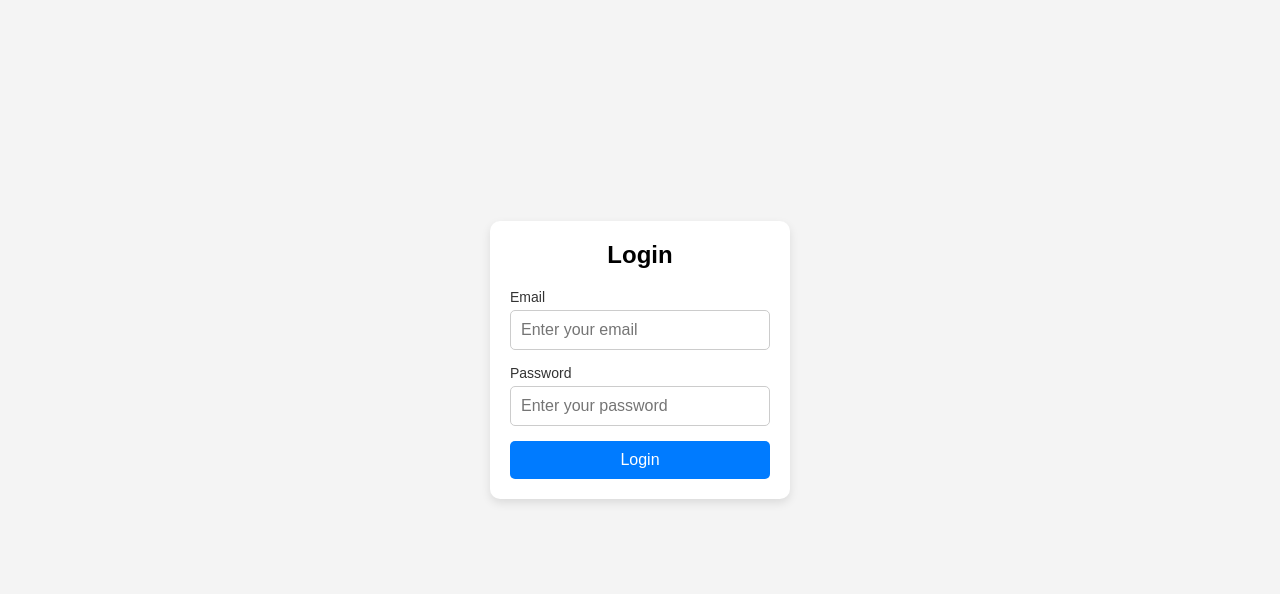
Repository: yhemachandra/ems
Page: http://localhost/ems/login.jsp
These files come from the project's save history. The page is drawn as it stood at one moment and after the next save; the edit follows.
The browser window is 1280 px wide. The pictures show the whole page.
The page is served by Tomcat 9. Other server files are loaded and not shown.

Above is the page before, as saved 2024-10-18 06:49:13.

### ems/src/main/webapp/login.jsp
<%@ page language="java" contentType="text/html; charset=UTF-8"
    pageEncoding="UTF-8"%>
<!DOCTYPE html>
<html>
<head>
<meta charset="UTF-8">
<title>Login page</title>
<style type="text/css">
* {
    margin: 0;
    padding: 0;
    box-sizing: border-box;
}

body {
    font-family: Arial, sans-serif;
    background-color: #f4f4f4;
    display: flex;
    justify-content: center;
    align-items: center;
    height: 100vh;
}

.login-container {
    background-color: white;
    padding: 20px;
    border-radius: 10px;
    box-shadow: 0px 4px 10px rgba(0, 0, 0, 0.1);
    width: 300px;
}

h2 {
    text-align: center;
    margin-bottom: 20px;
}

.login-form {
    display: flex;
    flex-direction: column;
}

label {
    margin-bottom: 5px;
    font-size: 14px;
    color: #333;
}

input {
    padding: 10px;
    margin-bottom: 15px;
    border: 1px solid #ccc;
    border-radius: 5px;
    font-size: 16px;
}

input:focus {
    border-color: #007BFF;
    outline: none;
}

button {
    padding: 10px;
    background-color: #007BFF;
    color: white;
    border: none;
    border-radius: 5px;
    font-size: 16px;
    cursor: pointer;
}

button:hover {
    background-color: #0056b3;
}
</style>
</head>
<body>
	<div class="login-container">
        <h2>Login</h2>
        <form action="#" method="post" class="login-form">
            <label for="email">Email</label>
            <input type="email" id="email" name="email" required placeholder="Enter your email">

            <label for="password">Password</label>
            <input type="password" id="password" name="password" required placeholder="Enter your password">

            <button type="submit">Login</button>
        </form>
    </div>

</body>
</html>

After the next save:
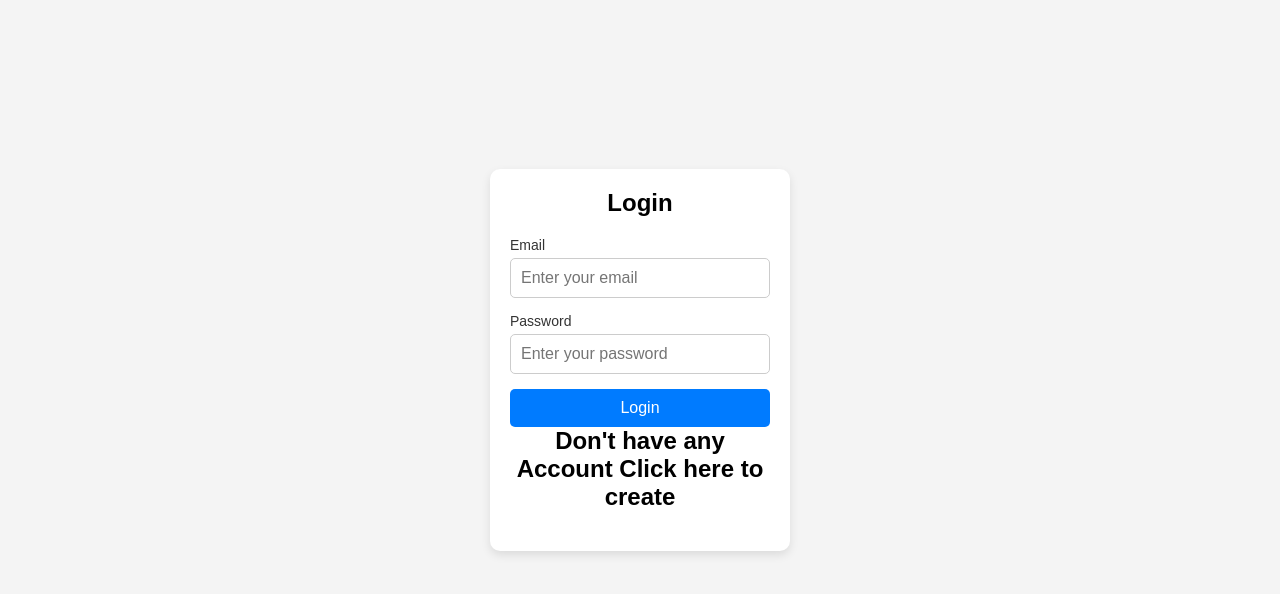
Saved 80 s later.
--- a/ems/src/main/webapp/login.jsp
+++ b/ems/src/main/webapp/login.jsp
@@ -85,6 +85,7 @@ button:hover {
 
             <button type="submit">Login</button>
         </form>
+        <h2>Don't have any Account <a>Click here</a> to create</h2>
     </div>
 
 </body>
